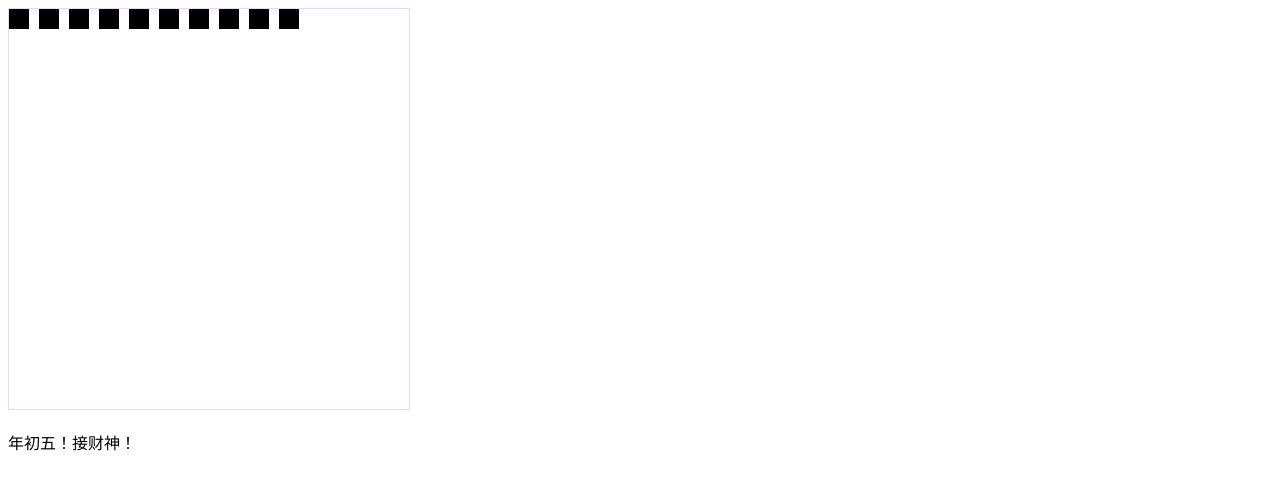
Repository: HyunraDate/ZhongpingShen
Page: index.html
The author's editor kept a copy of each file at every save. The page is drawn from the files as they stood at one save, then again after the next save.
The browser window is 1280 px wide. The pictures show the whole page.

Above is the page before, as saved 2024-02-14 13:55:07.

### index.html
<!DOCTYPE html>
<html lang="en">

<head>
    <meta charset="UTF-8">
    <meta hettp-equiv="X-UA-Compatible" content="IE=edge">
    <meta name="viewpoint" content="width=device-width, initial-scale=1.0">
    <title>Document</title>
    <style>
        /* 不可以在css中设置canvas大小！ */
        /* If set here, css会强行拉伸画布 */
        canvas {
            border: 1px solid #eed4ff;
        }
    </style>
</head>

<body>
    <div></div>
    <canvas id="canvas"></canvas>
    <p>年初五！接财神！</p>

    <script>
        let canvas = document.getElementById('canvas')
        //console.log(canvas)
        let ctx = canvas.getContext('2d') //WebGL是挂在canvas上面的！
        //详见mdm canvas api

        canvas.width = 400
        canvas.height = 400
        //* if u wanna fullview screen
        //canvas.width = window.innerWidth


        //ctx.fillRect(0, 0, 100, 100) //坐标&边长 x, y, w, h. this is normal 2D API

        let x = 0
        let y = 0
        let d = 20
        function draw(){
            ctx.fillRect(x, y, d, d)
        }

        for(let i = 0; i < 10; i++){
            draw()
            x +=30
        }
    </script>
</body>
</html>

After the next save:
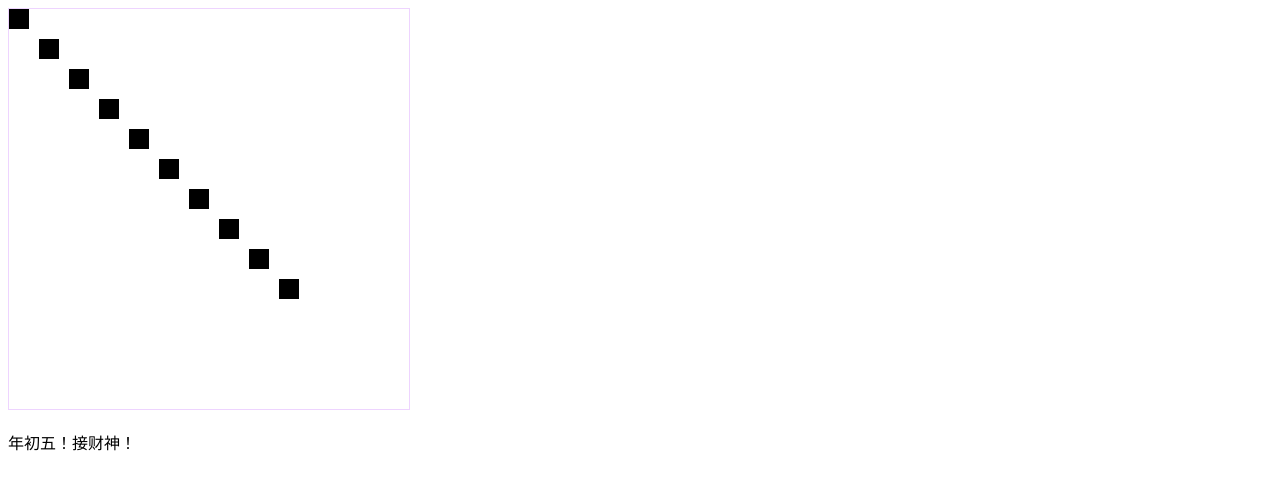
Saved 61 s later.
--- a/index.html
+++ b/index.html
@@ -42,8 +42,10 @@
         }
 
         for(let i = 0; i < 10; i++){
+            //this a concept of making animation!
             draw()
             x +=30
+            y +=30
         }
     </script>
 </body>
